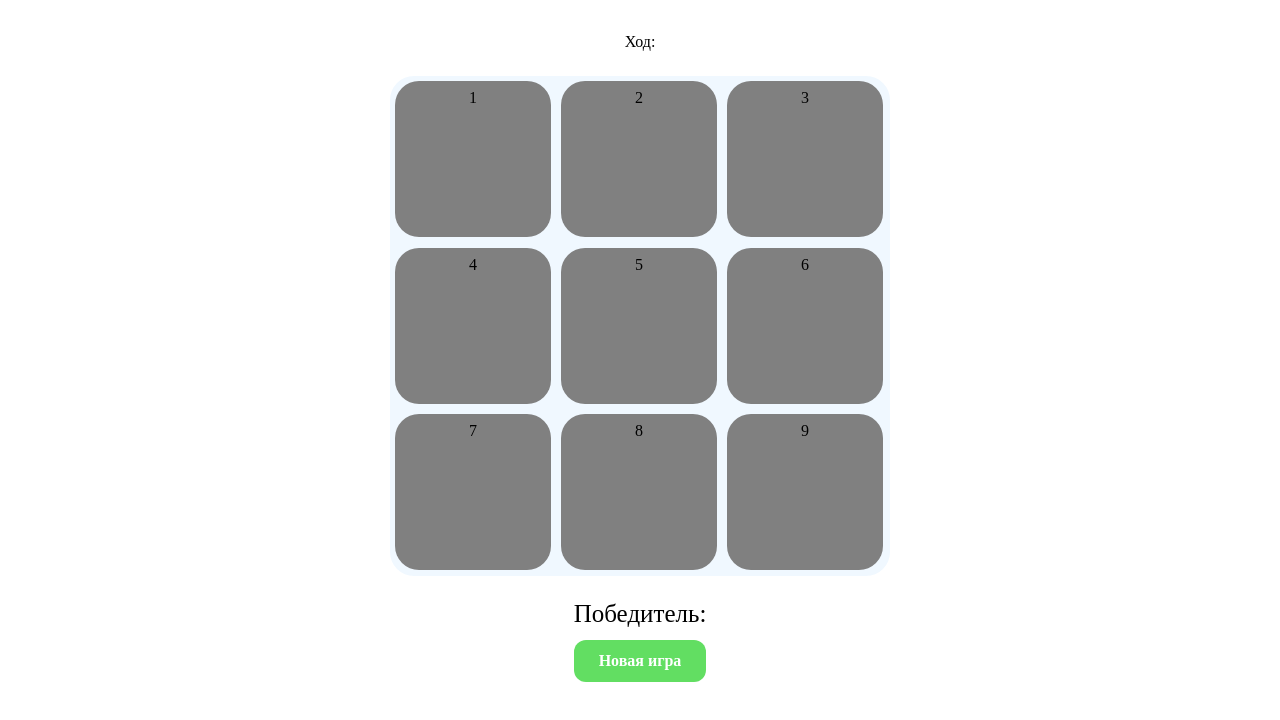
Repository: Pavel1776/krestik
Page: index.html
An editor plug-in stored every save of this project. The page is shown before and after the next save, followed by the edit.
The browser window is 1280 px wide. The pictures show the whole page.
The pointer rests on the first visible `.btnNewGame`.

Above is the page before, as saved 2025-09-21 16:21:48.
Console error: SyntaxError: Identifier 'step' has already been declared

### index.html
<!DOCTYPE html>
<html lang="en">

<head>
  <meta charset="UTF-8">
  <meta name="viewport" content="width=device-width, initial-scale=1.0">
  <link href="style.css" rel="stylesheet">
  <title>крестики-нолики</title>
</head>

<body>
  <main>
    <div class="blockWho">
      <div class="Text">Ход: <span id="spanWho"></span></div>
    </div>

    <div class="blockArea" id="blockArea">
      <div class="blockItem">1</div>
      <div class="blockItem">2</div>
      <div class="blockItem">3</div>

      <div class="blockItem">4</div>
      <div class="blockItem">5</div>
      <div class="blockItem">6</div>

      <div class="blockItem">7</div>
      <div class="blockItem">8</div>
      <div class="blockItem">9</div>
    </div>

    <div class="blokWinner" id="blokWinner">
      <div class="textWin">Победитель: <span id="spanWin"></span></div>
      <div class="btnNewGame" id="btnNewGame">Новая игра</div>
    </div>





  </main>
<script src="app.js"></script>
</body>

</html>

### style.css
main {
  display: flex;
  width: 100%;
  height: auto;
  flex-direction: column;
  align-items: center;
}
.blockWho {
  padding: 25px;
}
.spanWho {
  color: greenyellow;
  font-weight: 600;
  font-size: 24px;
}
.blockArea {
  display: flex;
  flex-wrap: wrap;
  width: 500px;
  height: 500px;
  margin-left: auto;
  margin-right: auto;
  border-radius: 24px;
  background: aliceblue;
  box-shadow: 3px 5px 1px 1px rgba();
}
.blockItem {
  position: relative;
  background: gray;
  display: flex;
  justify-content: center;
  width: 140px;
  height: 140px;
  padding: 8px;
  margin: 5px;
  border-radius: 24px;
}


.blockItem:hover {
  background: rgb(174, 174, 174);
}
.krest {
  color: rgb(135, 220, 250);
  font-size: 38px;
  display: flex;
  justify-content: center;
}
.circle {
  color: rgb(135, 250, 135);
  font-size: 38px;
  display: flex;
  justify-content: center;
}
.winColor {
  color: rgb(21, 168, 21);
  background: gold;
  font-size: 50px;
  font-weight: 900;
}

.blokWinner {
  margin-top: 24px;
  display: flex;
  flex-direction: column;
}
.textWin {
  font-size: 25px;
  margin-bottom: 12px;
}
#spanWin{
  font-size: 24px;
  color: gold;
}
.btnNewGame {
  padding: 12px;
  color: white;
  background: rgb(55, 196, 55);
  border-radius: 12px;
  font-weight: 600;
  cursor: pointer;
  text-align: center;
}
.btnNewGame:hover{
  background: rgb(98, 222, 98);
}

### app.js
let step = "";

let spanWho = document.getElementById('spanWho')
let winner = ''

const who = () => {
  if (step == 'circle') {
    step = 'krest';
    spanWho.innerText = 'Крестики'
  } else {
    step = 'circle'
    spanWho.innerText = 'Нулики'
  }
}
who()

let blockItem = document.querySelectorAll('.blockItem')
let counter = 0;

blockItem.forEach((item) => {
  item.addEventListener('click', () => {
    if (!item.classList.contains('circle') && !item.classList.contains('krest')) {
      item.classList.add(step)
      if (step == 'krest') {
        item.innerText = "x"
      }
      if (step == 'circle') {
        item.innerText = "0"
      }
    }
    counter++;
    who()
    circleWin()
    krestWin()
    noWin()
  })

})
let win =
[
  [0,1,2]
  [0,4,8]
  [2,4,6]
  [3,4,5]
  [6,7,8]
  [0,3,6]
  [1,4,7]
  [2,5,8]
]
let circleWin = ()=>{
  for(let i = 0; i<win.length; i++){
    if (
    blockItem[win[i][0]].classList.contains('circle') &&
    blockItem[win[i][1]].classList.contains('circle') &&
    blockItem[win[i][2]].classList.contains('circle')
    ){
      blockItem[win[i][0]].classList.add('winColor')
      blockItem[win[i][1]].classList.add('winColor')
      blockItem[win[i][2]].classList.add('winColor')

      winner = "Нулики"
      endGame(winner)
      return 1

    }
  }
}


let krestWin = ()=>{
  for(let i = 0; i<win.length; i++){
    if (
    blockItem[win[i][0]].classList.contains('krest') &&
    blockItem[win[i][1]].classList.contains('krest') &&
    blockItem[win[i][2]].classList.contains('krest')
    ){
      blockItem[win[i][0]].classList.add('winColor')
      blockItem[win[i][1]].classList.add('winColor')
      blockItem[win[i][2]].classList.add('winColor')

      winner = "Крестики"
      endGame(winner)
      return 1

    }
  }
}

let noWin = () =>{
  if(!krestWin() && !circleWin() && (counter >=9)){
     winner = "Ничья"
     endGame(winner)
  }

}
 let blockWinner = document.getElementById('.blokWinner')
 let spanWin = document.getElementById('.spanWin')
 let btnNewGame = document.getElementById('.btnNewGame')
 let blockArea = document.getElementById('.blockArea')

 let endGame = (winner)=>{
    blockArea.style.pointerEvents = 'none';
    blockWinner.style.display = 'flex'
    spanWin.innerText = winner
 }
 btnNewGame.addEventListener('click' ,()=>{
     document.location.reload()
 })
let step = "";

let spanWho = document.getElementById('spanWho')
let winner = ''

const who = () => {
  if (step == 'circle') {
    step = 'krest';
    spanWho.innerText = 'Крестики'
  } else {
    step = 'circle'
    spanWho.innerText = 'Нулики'
  }
}
who()

let blockItem = document.querySelectorAll('.blockItem')
let counter = 0;

blockItem.forEach((item) => {
  item.addEventListener('click', () => {
    if (!item.classList.contains('circle') && !item.classList.contains('krest')) {
      item.classList.add(step)
      if (step == 'krest') {
        item.innerText = "x"
      }
      if (step == 'circle') {
        item.innerText = "0"
      }
    }
    counter++;
    who()
    circleWin()
    krestWin()


  })

})
let win =
[
  [0,1,2]
  [0,4,8]
  [2,4,6]
  [3,4,5]
  [6,7,8]
  [0,3,6]
  [1,4,7]
  [2,5,8]
]
let circleWin = ()=>{
  for(let i = 0; i>win.length; i++){
    if (
    blockItem[win[i][0]].classList.contains('circle') &&
    blockItem[win[i][1]].classList.contains('circle') &&
    blockItem[win[i][2]].classList.contains('circle')
    ){
      blockItem[win[i][0]].classList.add('winColor')
      blockItem[win[i][1]].classList.add('winColor')
      blockItem[win[i][2]].classList.add('winColor')

      winner = "Нулики"
      endGame(winner)
      return 1

    }
  }
}


let krestWin = ()=>{
  for(let i = 0; i>win.length; i++){
    if (
    blockItem[win[i][0]].classList.contains('krest') &&
    blockItem[win[i][1]].classList.contains('krest') &&
    blockItem[win[i][2]].classList.contains('krest')
    ){
      blockItem[win[i][0]].classList.add('winColor')
      blockItem[win[i][1]].classList.add('winColor')
      blockItem[win[i][2]].classList.add('winColor')

      winner = "Крестики"
      endGame(winner)
      return 1

    }
  }
}

let noWin = () =>{
  if(!krestWin() && !circleWin() && (counter >=9)){
     winner = "Ничья"
     endGame(winner)
  }

}
 let blockWinner = document.getElementById('.blokWinner')
 let spanWin = document.getElementById('.spanWin')
 let btnNewGame = document.getElementById('.btnNewGame')
 let blockArea = document.getElementById('.blockArea')

 let endGame = (winner)=>{
    blockArea.style.pointerEvents = 'none';
    blockWinner.style.display = 'flex'
    spanWin.innerText = winner
 }
 btnNewGame.addEventListener('click' ,()=>{
     document.location.reload()
 })
let step = "";

let spanWho = document.getElementById('spanWho')
let winner = ''

const who = () => {
  if (step == 'circle') {
    step = 'krest';
    spanWho.innerText = 'Крестики'
  } else {
    step = 'circle'
    spanWho.innerText = 'Нулики'
  }
}
who()

let blockItem = document.querySelectorAll('.blockItem')
let counter = 0;

blockItem.forEach((item) => {
  item.addEventListener('click', () => {
    if (!item.classList.contains('circle') && !item.classList.contains('krest')) {
      item.classList.add(step)
      if (step == 'krest') {
        item.innerText = "x"
      }
      if (step == 'circle') {
        item.innerText = "0"
      }
    }
    counter++;
    who()
    circleWin()
    krestWin()


  })

})
let win =
[
  [0,1,2]
  [0,4,8]
  [2,4,6]
  [3,4,5]
  [6,7,8]
  [0,3,6]
  [1,4,7]
  [2,5,8]
]
let circleWin = ()=>{
  for(let i = 0; i>win.length; i++){
    if (
    blockItem[win[i][0]].classList.contains('circle') &&
    blockItem[win[i][1]].classList.contains('circle') &&
    blockItem[win[i][2]].classList.contains('circle')
    ){
      blockItem[win[i][0]].classList.add('winColor')
      blockItem[win[i][1]].classList.add('winColor')
      blockItem[win[i][2]].classList.add('winColor')

      winner = "Нулики"
      return 1

    }
  }
}


let krestWin = ()=>{
  for(let i = 0; i>win.length; i++){
    if (
    blockItem[win[i][0]].classList.contains('krest') &&
    blockItem[win[i][1]].classList.contains('krest') &&
    blockItem[win[i][2]].classList.contains('krest')
    ){
      blockItem[win[i][0]].classList.add('winColor')
      blockItem[win[i][1]].classList.add('winColor')
      blockItem[win[i][2]].classList.add('winColor')

      winner = "Крестики"
      return 1

    }
  }
}

let noWin = () =>{
  if(!krestWin() && !circleWin() && (counter >=9)){
     winner = "Ничья"
  }

}
 let blockWinner = document.getElementById('.blokWinner')
 let spanWin = document.getElementById('.spanWin')
 let btnNewGame = document.getElementById('.btnNewGame')
 let blockArea = document.getElementById('.blockArea')

 let endGame = (winner)=>{
    blockArea.style.pointerEvents = 'none';
    blockWinner.style.display = 'flex'
 }

After the next save:
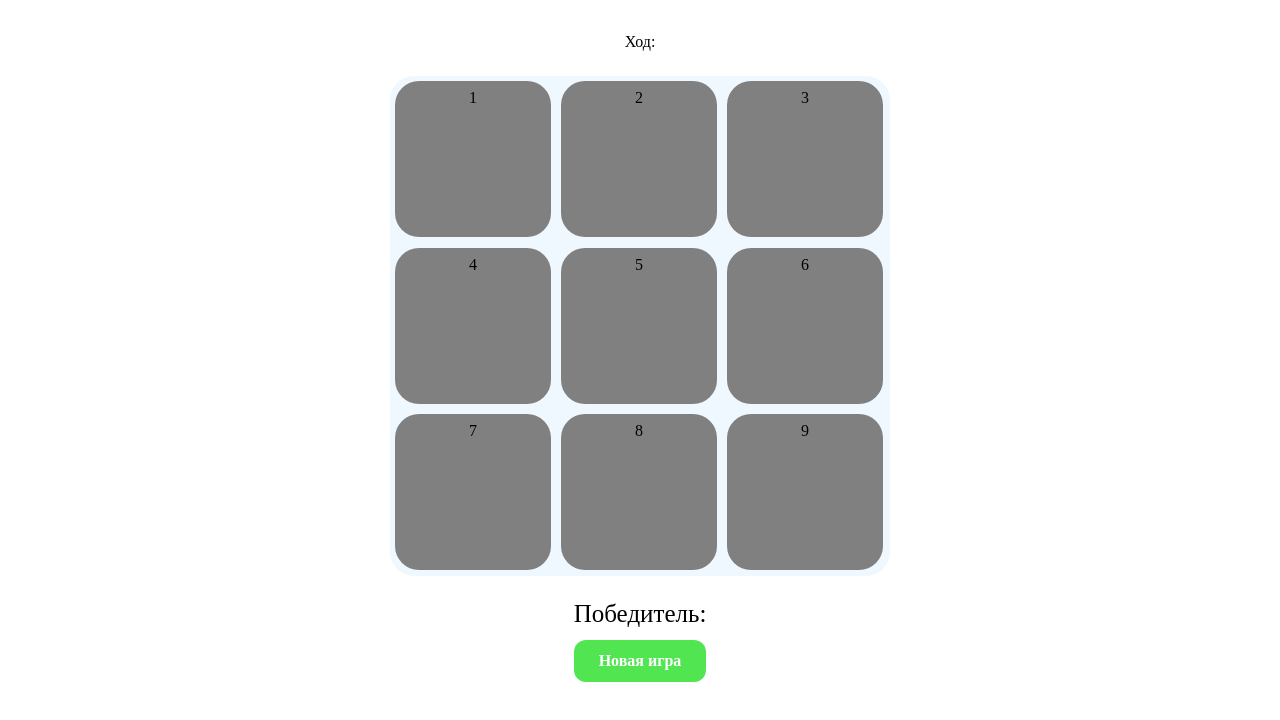
Saved 3 min 11 s later.
--- a/style.css
+++ b/style.css
@@ -82,5 +82,5 @@
   text-align: center;
 }
 .btnNewGame:hover{
-  background: rgb(98, 222, 98);
+  background: rgb(82, 229, 82);
 }
